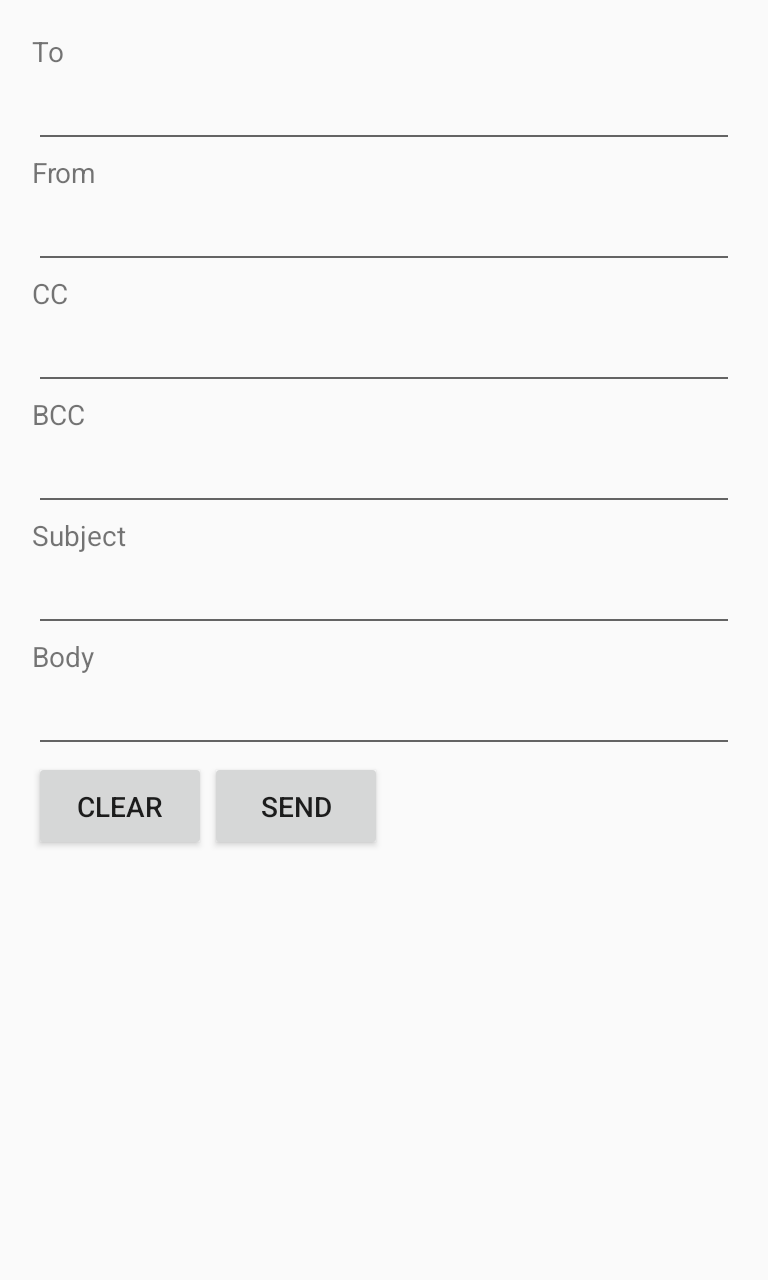
Repository: tmccartan/Android
Layout: Assignment1/res/layout/activity_email_composition.xml
An editor plug-in stored every save of this project. The layout is shown before and after the next save, followed by the edit.
It is drawn on a 768 x 1280 px phone screen (xhdpi) without system bars, with theme Theme.AppCompat.Light; the app's code is not run. The app's manifest (not shown) leaves right-to-left support off. So textAlignment, textDirection and layoutDirection are ignored, and left and right values win over start and end ones.

Above is the layout before, as saved 2015-03-03 21:24:46.

### Assignment1/res/layout/activity_email_composition.xml
<RelativeLayout xmlns:android="http://schemas.android.com/apk/res/android"
    xmlns:tools="http://schemas.android.com/tools"
    android:id="@+id/emailComposite"
    android:layout_width="match_parent"
    android:layout_height="match_parent"
    android:paddingBottom="@dimen/activity_vertical_margin"
    android:paddingLeft="@dimen/activity_horizontal_margin"
    android:paddingRight="@dimen/activity_horizontal_margin"
    android:paddingTop="@dimen/activity_vertical_margin"
    tools:context="com.example.assignment1.EmailComposition" >

    <ScrollView
        android:id="@+id/scrollView1"
        android:layout_width="fill_parent"
        android:layout_height="wrap_content"
        android:layout_alignParentStart="true"
        android:layout_alignParentLeft="true"
        android:layout_alignParentTop="true" >

        <TableLayout
            android:id="@+id/tableLayout1"
            android:layout_width="fill_parent"
            android:layout_height="wrap_content"
            android:stretchColumns="*" >

            <TableRow
                android:id="@+id/tableRow1"
                android:layout_width="wrap_content"
                android:layout_height="wrap_content"
                android:layout_gravity="left" >

                <TextView
                    android:id="@+id/TextView01"
                    android:layout_width="fill_parent"
                    android:layout_height="wrap_content"
                    android:layout_gravity="fill_horizontal"
                    android:text="To" />

            </TableRow>

            <TableRow
                android:id="@+id/tableRow2"
                android:layout_width="fill_parent"
                android:layout_height="wrap_content" >

                <EditText
                    android:id="@+id/txtTo"
                    android:layout_width="fill_parent"
                    android:layout_height="wrap_content" />

            </TableRow>

            <TableRow
                android:id="@+id/tableRow3"
                android:layout_width="wrap_content"
                android:layout_height="wrap_content" >

                <TextView
                    android:id="@+id/textView1"
                    android:layout_width="wrap_content"
                    android:layout_height="wrap_content"
                    android:text="From" />
            </TableRow>

            <TableRow
                android:id="@+id/tableRow4"
                android:layout_width="wrap_content"
                android:layout_height="wrap_content" >

                <EditText
                    android:id="@+id/txtFrom"
                    android:layout_width="fill_parent"
                    android:layout_height="wrap_content"
                    android:ems="10"
                    android:inputType="textEmailAddress" />

            </TableRow>

            <TableRow
                android:id="@+id/tableRow6"
                android:layout_width="wrap_content"
                android:layout_height="wrap_content" >

                <TextView
                    android:id="@+id/textView2"
                    android:layout_width="wrap_content"
                    android:layout_height="wrap_content"
                    android:text="CC" />

            </TableRow>

            <TableRow
                android:id="@+id/tableRow7"
                android:layout_width="wrap_content"
                android:layout_height="wrap_content" >

                <EditText
                    android:id="@+id/txtCC"
                    android:layout_width="fill_parent"
                    android:layout_height="wrap_content"
                    android:ems="10" />

            </TableRow>

            <TableRow
                android:id="@+id/tableRow5"
                android:layout_width="wrap_content"
                android:layout_height="wrap_content" >

                <TextView
                    android:id="@+id/textView3"
                    android:layout_width="wrap_content"
                    android:layout_height="wrap_content"
                    android:text="BCC"
                     />

            </TableRow>

            <TableRow
                android:id="@+id/tableRow8"
                android:layout_width="wrap_content"
                android:layout_height="wrap_content" >

                <EditText
                    android:id="@+id/txtBCC"
                    android:layout_width="fill_parent"
                    android:layout_height="wrap_content"
                    android:ems="10" />

            </TableRow>

            <TableRow
                android:id="@+id/tableRow9"
                android:layout_width="wrap_content"
                android:layout_height="wrap_content" >

                <TextView
                    android:id="@+id/textView4"
                    android:layout_width="wrap_content"
                    android:layout_height="wrap_content"
                    android:text="Subject" />

            </TableRow>

            <TableRow
                android:id="@+id/tableRow10"
                android:layout_width="wrap_content"
                android:layout_height="wrap_content" >

                <EditText
                    android:id="@+id/txtSubject"
                    android:layout_width="fill_parent"
                    android:layout_height="wrap_content"
                    android:ems="10" />

            </TableRow>

            <TableRow
                android:id="@+id/tableRow12"
                android:layout_width="wrap_content"
                android:layout_height="wrap_content" >

                <TextView
                    android:id="@+id/textView5"
                    android:layout_width="wrap_content"
                    android:layout_height="wrap_content"
                    android:text="Body" />

            </TableRow>

            <TableRow
                android:id="@+id/tableRow11"
                android:layout_width="match_parent"
                android:layout_height="wrap_content" >

                <EditText
                    android:id="@+id/txtBody"
                    android:layout_width="fill_parent"
                    android:layout_height="wrap_content"
                    android:ems="10"
                    android:inputType="textMultiLine" />

            </TableRow>

            <TableRow
                android:id="@+id/ButtonRow"
                android:layout_width="fill_parent"
                android:layout_height="wrap_content" >

                <LinearLayout
                    android:layout_width="fill_parent"
                    android:layout_height="wrap_content" >

                    <Button
                        android:id="@+id/button2"
                        android:layout_width="wrap_content"
                        android:layout_height="wrap_content"
                        android:onClick="ClearEmail"
                        android:text="Clear" />

                    <Button
                        android:id="@+id/button1"
                        android:layout_width="wrap_content"
                        android:layout_height="wrap_content"
                        android:onClick="SendEmail"
                        android:text="Send" />

                </LinearLayout>

            </TableRow>

        </TableLayout>
    </ScrollView>


</RelativeLayout>

Loaded but not shown: Assignment1/res/values/dimens.xml (common file); Assignment1/res/values-w820dp/dimens.xml (common file)

After the next save:
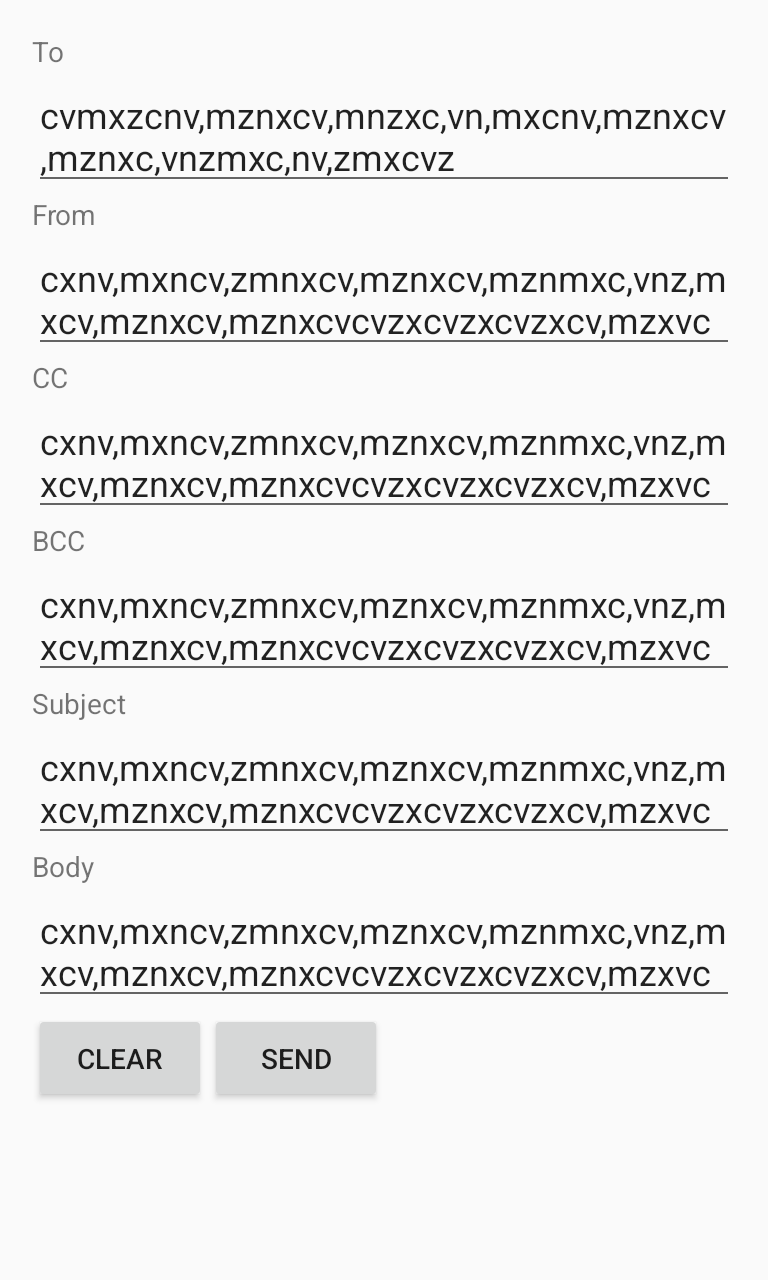
Saved 4 s later.
--- a/Assignment1/res/layout/activity_email_composition.xml
+++ b/Assignment1/res/layout/activity_email_composition.xml
@@ -19,7 +19,7 @@
 
         <TableLayout
             android:id="@+id/tableLayout1"
-            android:layout_width="fill_parent"
+            android:layout_width="match_parent"
             android:layout_height="wrap_content"
             android:stretchColumns="*" >
 
@@ -45,8 +45,9 @@
 
                 <EditText
                     android:id="@+id/txtTo"
-                    android:layout_width="fill_parent"
-                    android:layout_height="wrap_content" />
+                    android:layout_width="wrap_content"
+                    android:layout_height="wrap_content"
+                    android:text="cvmxzcnv,mznxcv,mnzxc,vn,mxcnv,mznxcv,mznxc,vnzmxc,nv,zmxcvz" />
 
             </TableRow>
 
@@ -64,15 +65,14 @@
 
             <TableRow
                 android:id="@+id/tableRow4"
-                android:layout_width="wrap_content"
+                android:layout_width="fill_parent"
                 android:layout_height="wrap_content" >
 
                 <EditText
                     android:id="@+id/txtFrom"
-                    android:layout_width="fill_parent"
-                    android:layout_height="wrap_content"
-                    android:ems="10"
-                    android:inputType="textEmailAddress" />
+                    android:layout_width="wrap_content"
+                    android:layout_height="wrap_content"
+                    android:text="cxnv,mxncv,zmnxcv,mznxcv,mznmxc,vnz,mxcv,mznxcv,mznxcvcvzxcvzxcvzxcv,mzxvc" />
 
             </TableRow>
 
@@ -96,9 +96,10 @@
 
                 <EditText
                     android:id="@+id/txtCC"
-                    android:layout_width="fill_parent"
-                    android:layout_height="wrap_content"
-                    android:ems="10" />
+                    android:layout_width="wrap_content"
+                    android:layout_height="wrap_content"
+                    android:ems="10"
+                    android:text="cxnv,mxncv,zmnxcv,mznxcv,mznmxc,vnz,mxcv,mznxcv,mznxcvcvzxcvzxcvzxcv,mzxvc" />
 
             </TableRow>
 
@@ -123,9 +124,10 @@
 
                 <EditText
                     android:id="@+id/txtBCC"
-                    android:layout_width="fill_parent"
-                    android:layout_height="wrap_content"
-                    android:ems="10" />
+                    android:layout_width="wrap_content"
+                    android:layout_height="wrap_content"
+                    android:ems="10"
+                    android:text="cxnv,mxncv,zmnxcv,mznxcv,mznmxc,vnz,mxcv,mznxcv,mznxcvcvzxcvzxcvzxcv,mzxvc" />
 
             </TableRow>
 
@@ -149,9 +151,10 @@
 
                 <EditText
                     android:id="@+id/txtSubject"
-                    android:layout_width="fill_parent"
-                    android:layout_height="wrap_content"
-                    android:ems="10" />
+                    android:layout_width="wrap_content"
+                    android:layout_height="wrap_content"
+                    android:ems="10"
+                    android:text="cxnv,mxncv,zmnxcv,mznxcv,mznmxc,vnz,mxcv,mznxcv,mznxcvcvzxcvzxcvzxcv,mzxvc" />
 
             </TableRow>
 
@@ -175,10 +178,11 @@
 
                 <EditText
                     android:id="@+id/txtBody"
-                    android:layout_width="fill_parent"
-                    android:layout_height="wrap_content"
-                    android:ems="10"
-                    android:inputType="textMultiLine" />
+                    android:layout_width="wrap_content"
+                    android:layout_height="wrap_content"
+                    android:ems="10"
+                    android:inputType="textMultiLine"
+                    android:text="cxnv,mxncv,zmnxcv,mznxcv,mznmxc,vnz,mxcv,mznxcv,mznxcvcvzxcvzxcvzxcv,mzxvc" />
 
             </TableRow>
 
